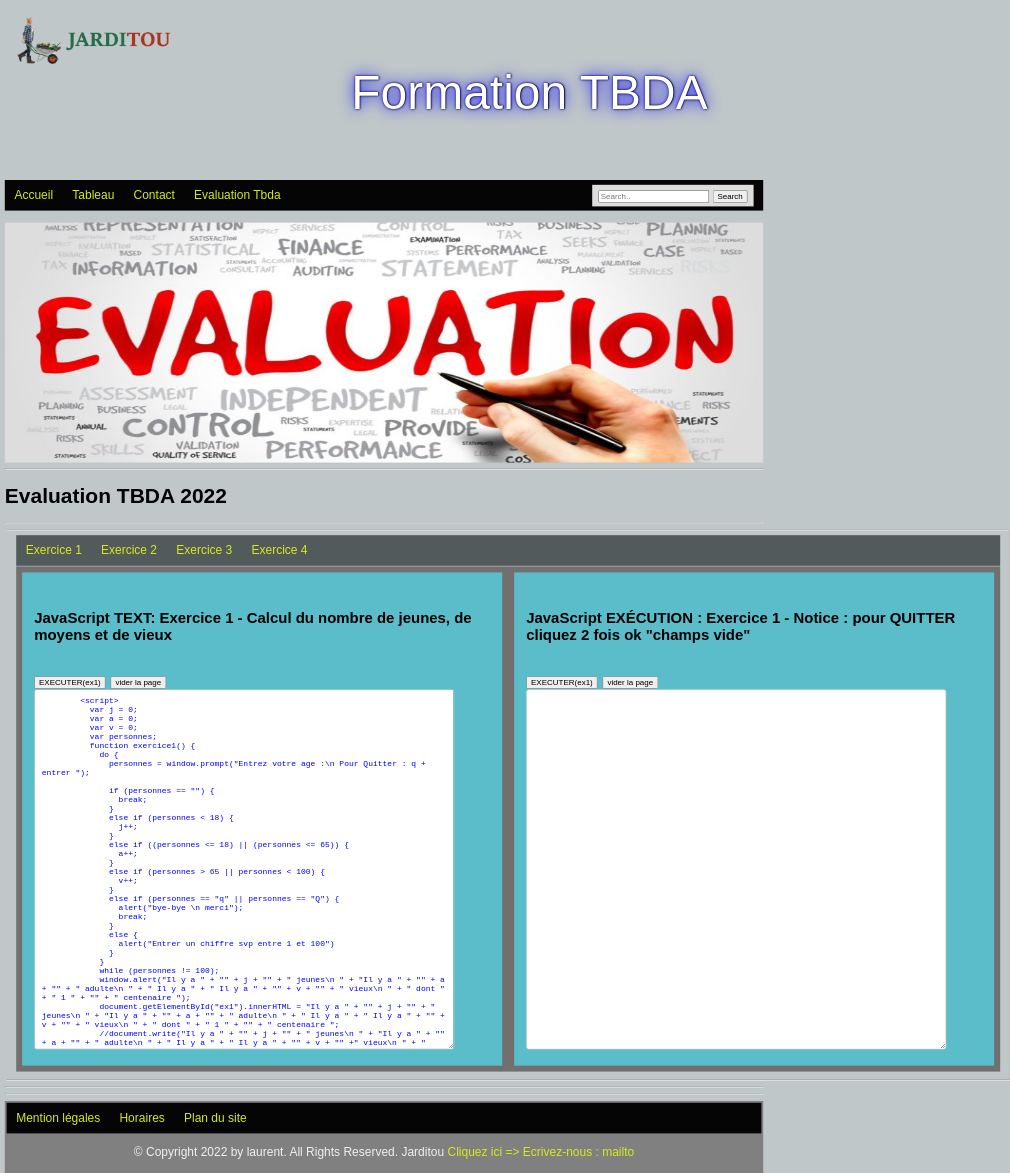
Repository: laurentbul/jarditou
Page: javascript/EvaluationTbda/eval_ex1.html
These files come from the project's save history. The page is drawn as it stood at one moment and after the next save; the edit follows.
The browser window is 1280 px wide. The page is 1684 px wide, so the pictures cover 1684 px, including what lies to the right of the window. The pictures show the whole page, at 60% of full size.
An inner scrolling area shows only its first screen.

Above is the page before, as saved 2022-12-16 03:22:17.

After the next save:
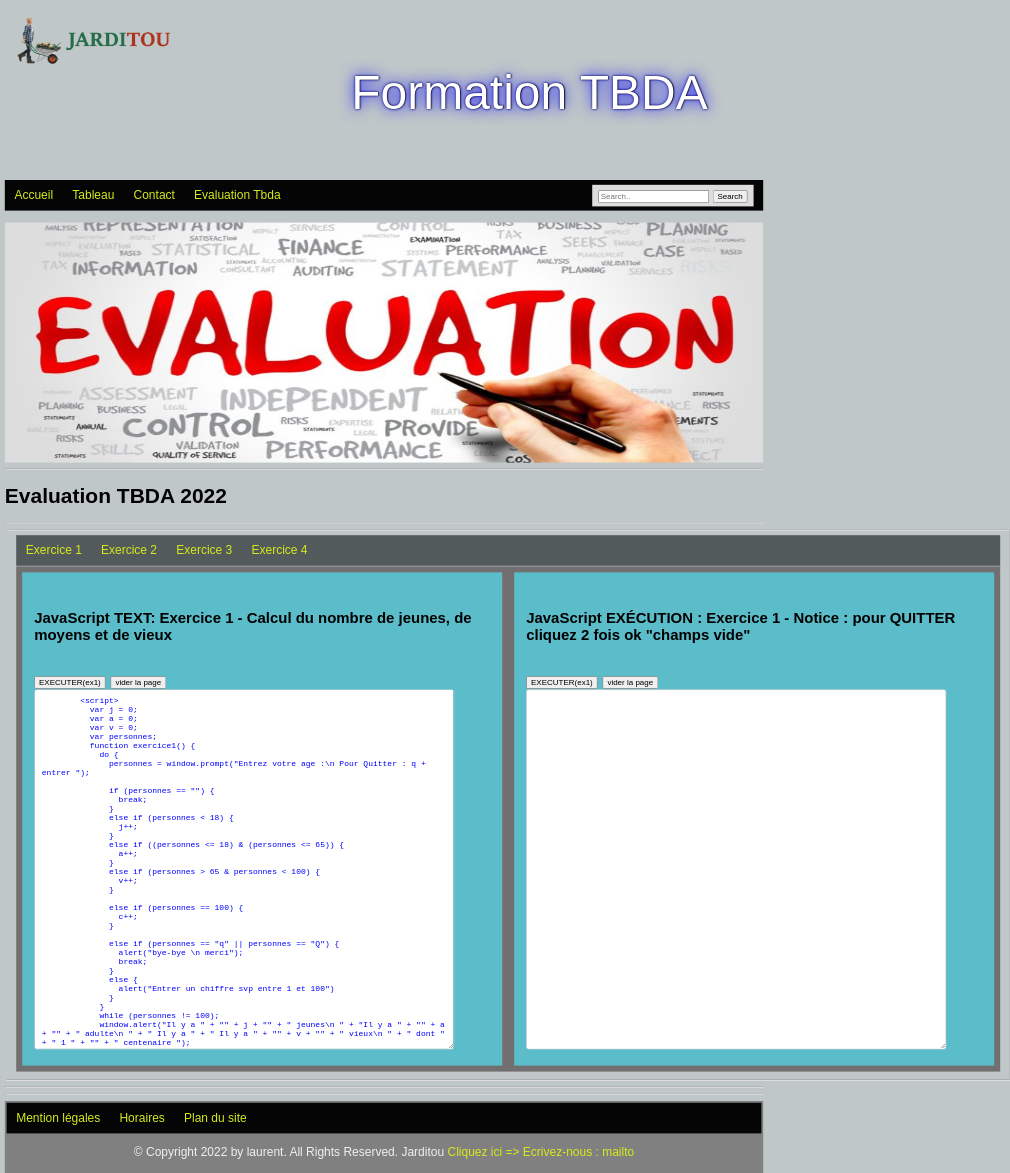
Saved 9 min 13 s later.
--- a/javascript/EvaluationTbda/eval_ex1.html
+++ b/javascript/EvaluationTbda/eval_ex1.html
@@ -86,12 +86,17 @@
               else if (personnes < 18) {
                 j++;
               }
-              else if ((personnes <= 18) || (personnes <= 65)) {
+              else if ((personnes <= 18) & (personnes <= 65)) {
                 a++;
               }
-              else if (personnes > 65 || personnes < 100) {
+              else if (personnes > 65 & personnes < 100) {
                 v++;
               }
+
+              else if (personnes == 100) {
+                c++;
+              }
+
               else if (personnes == "q" || personnes == "Q") {
                 alert("bye-bye \n merci");
                 break;
@@ -123,54 +128,14 @@
     </div>
   </fieldset>
   <hr>
-  <script>
-    var j = 0;
-    var a = 0;
-    var v = 0;
-    var personnes;
-    function exercice1() {
-      do {
-        personnes = window.prompt("Entrez votre age :\n Pour Quitter : q + entrer ");
-
-        if (personnes == "") {
-          break;
-        }
-        else if (personnes < 18) {
-          j++;
-        }
-        else if ((personnes <= 18) || (personnes <= 65)) {
-          a++;
-        }
-        else if (personnes > 65 || personnes < 100) {
-          v++;
-        }
-        else if (personnes == "q" || personnes == "Q") {
-          alert("bye-bye \n merci");
-          break;
-        }
-        else {
-          alert("Entrer un chiffre svp entre 1 et 100")
-        }
-      }
-      while (personnes != 100);
-      window.alert("Il y a " + "" + j + "" + " jeunes\n " + "Il y a " + "" + a + "" + " adulte\n " + " Il y a " + " Il y a " + "" + v + "" + " vieux\n " + " dont " + " 1 " + "" + " centenaire ");
-      document.getElementById("ex1").innerHTML = "Il y a " + "" + j + "" + " jeunes\n " + "Il y a " + "" + a + "" + " adulte\n " + " Il y a " + " Il y a " + "" + v + "" + " vieux\n " + " dont " + " 1 " + "" + " centenaire ";
-      //document.write("Il y a " + "" + j + "" + " jeunes\n " + "Il y a " + "" + a + "" + " adulte\n " + " Il y a " + " Il y a " + "" + v + "" +" vieux\n " + " dont "+ " 1 " + "" + " centenaire ");
-    }
-    function myFunction() {
-      location.reload();
-    }
-    function reset() {
-      document.getElementById("myForm").reset();
-    }
-  </script>
   <hr>
+  <script type="text/javascript" src="../assets/js/ex1.js"></script>
   <footer>
     <nav>
       <ul>
-        <li><a href="mentionlegale.html">Mention légales</a></li>
-        <li><a href="horaire.html">Horaires</a></li>
-        <li><a href="plandusite.html">Plan du site</a></li>
+        <li><a href="./../mentionlegale.html">Mention légales</a></li>
+        <li><a href="./../horaire.html">Horaires</a></li>
+        <li><a href="./../plandusite.html">Plan du site</a></li>
       </ul>
     </nav>
     <p style="color: rgb(244, 238, 238);">
